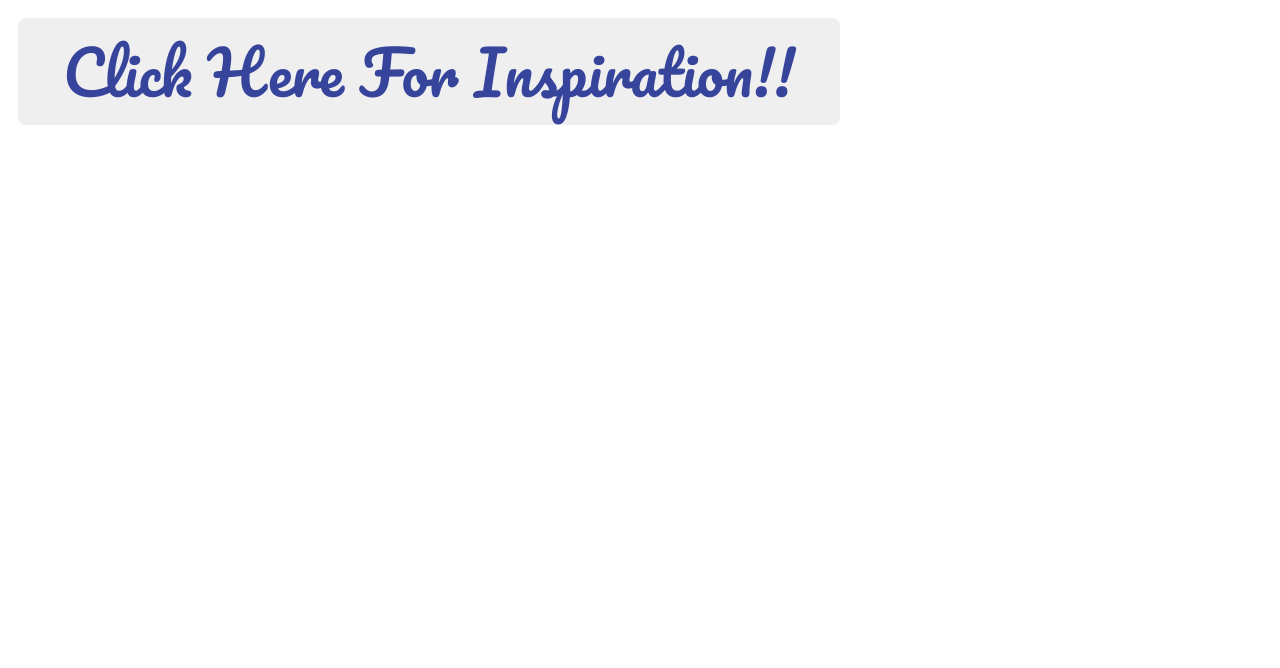
Repository: Hogwartsalumni/Inspire
Page: main.html
The author's editor kept a record of every edit. The page is drawn from the files as they stood at one moment, then again after the next edit.
The browser window is 1280 px wide. The pictures show the whole page.

Above is the page before.

### main.html
<!DOCTYPE html>
<html>
  <head>
    <meta charset="UTF-8">
    <link rel="icon" href="rainbow.png" type="image/x-icon"></a>
    <link rel="stylesheet" href="main.css" type="text/css">
    <link href="https://fonts.googleapis.com/css2?family=Nunito&family=Quicksand&display=swap" rel="stylesheet">
    <link href="https://fonts.googleapis.com/css2?family=Pacifico&family=Quicksand&display=swap" rel="stylesheet">
    <title>Inspire</title>
  </head>
  <body>
    <button onClick="displayImage()">Click Here For Inspiration!!</button>
    <!--<input type="button" onClick="displayImage()" value="Click Here For Inspiration!">-->
    <br>
    <img src="img/blank.png" name="canvas"/>
    <script src="main.js"></script>
  </body>
</html>

### main.css
button {
    color: #36449C;
    text-align: center;
    font-family: Pacifico;
    font-size: 60px;
    border: none;
    width: 65%;
    margin: 10px 10px;
    cursor: pointer;
    border-radius: 8px;
    overflow: auto;
}

img {
  width: 450px;
  height: 450px;
}

p {
  color: #262b49;
  font-family: Nunito;
  font-size: 18px;
}

### main.js
var imagesArray = new Array('img/you-rock.jpg', 'img/you-amazing.png', 'img/stay-home-strong.jpg', 'img/in-this-together.png', 'img/braver-stronger.jpg', 'img/dont-give-up.jpg', 'img/stay-positive.jpg');

function displayImage() {
    var num = Math.floor(Math.random() * imagesArray.length);
    document.canvas.src = imagesArray[num];
}

After the next edit:
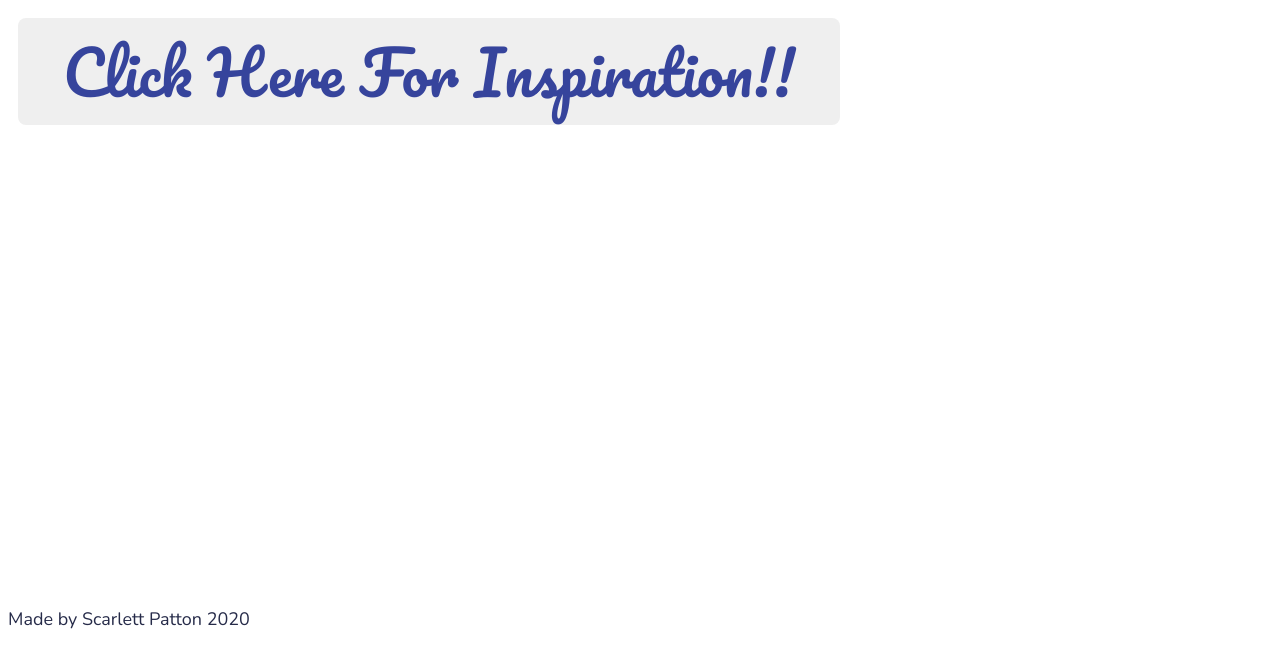
The edit:
--- a/main.html
+++ b/main.html
@@ -15,4 +15,5 @@
     <img src="img/blank.png" name="canvas"/>
     <script src="main.js"></script>
   </body>
+  <p>Made by Scarlett Patton 2020</p>
 </html>
